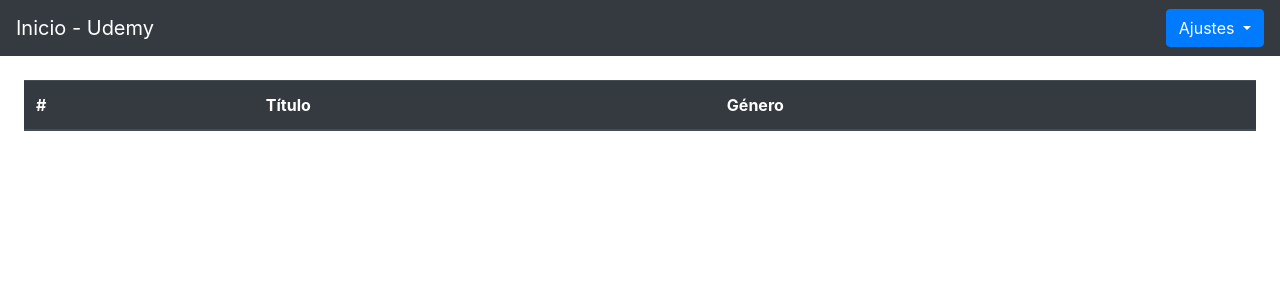
Repository: Enrique-git-hub/curso-java
Page: Workspace/LibreriaUdemy/src/main/webapp/home.html
These files come from the project's save history. The page is drawn as it stood at one moment and after the next save; the edit follows.
The browser window is 1280 px wide. The pictures show the whole page.
The page's requests for data from a server got no answer.

Above is the page before, as saved 2025-03-19 10:40:51.
Console error: TypeError: $(...).tooltip is not a function

After the next save:
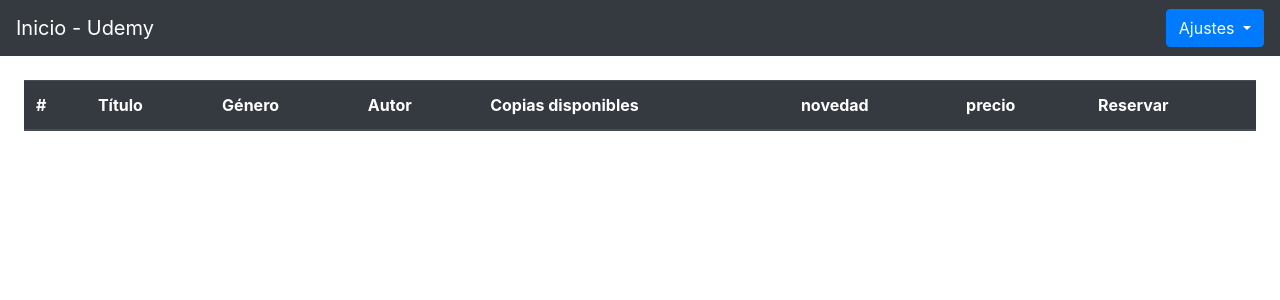
Saved 103 s later.
--- a/Workspace/LibreriaUdemy/src/main/webapp/home.html
+++ b/Workspace/LibreriaUdemy/src/main/webapp/home.html
@@ -42,8 +42,15 @@
 					<th scope="col">#</th>
 					<th scope="col">Título</th>
 					<th scope="col" id="ordenar-genero" data-toogle="tooltip" data-placement="top" title="ordenar por género">Género <span class="fas fa-sort" id="icono-ordenar"></span></th>
+					<th scope="col">Autor</th>
+					<th scope="col">Copias disponibles</th>
+					<th scope="col">novedad</th>
+					<th scope="col">precio</th>
+					<th scope="col">Reservar</th>
 				</tr>
 			</thead>
+			<tbody>
+			</tbody>
 		</table>
 	</main>
 </body>
